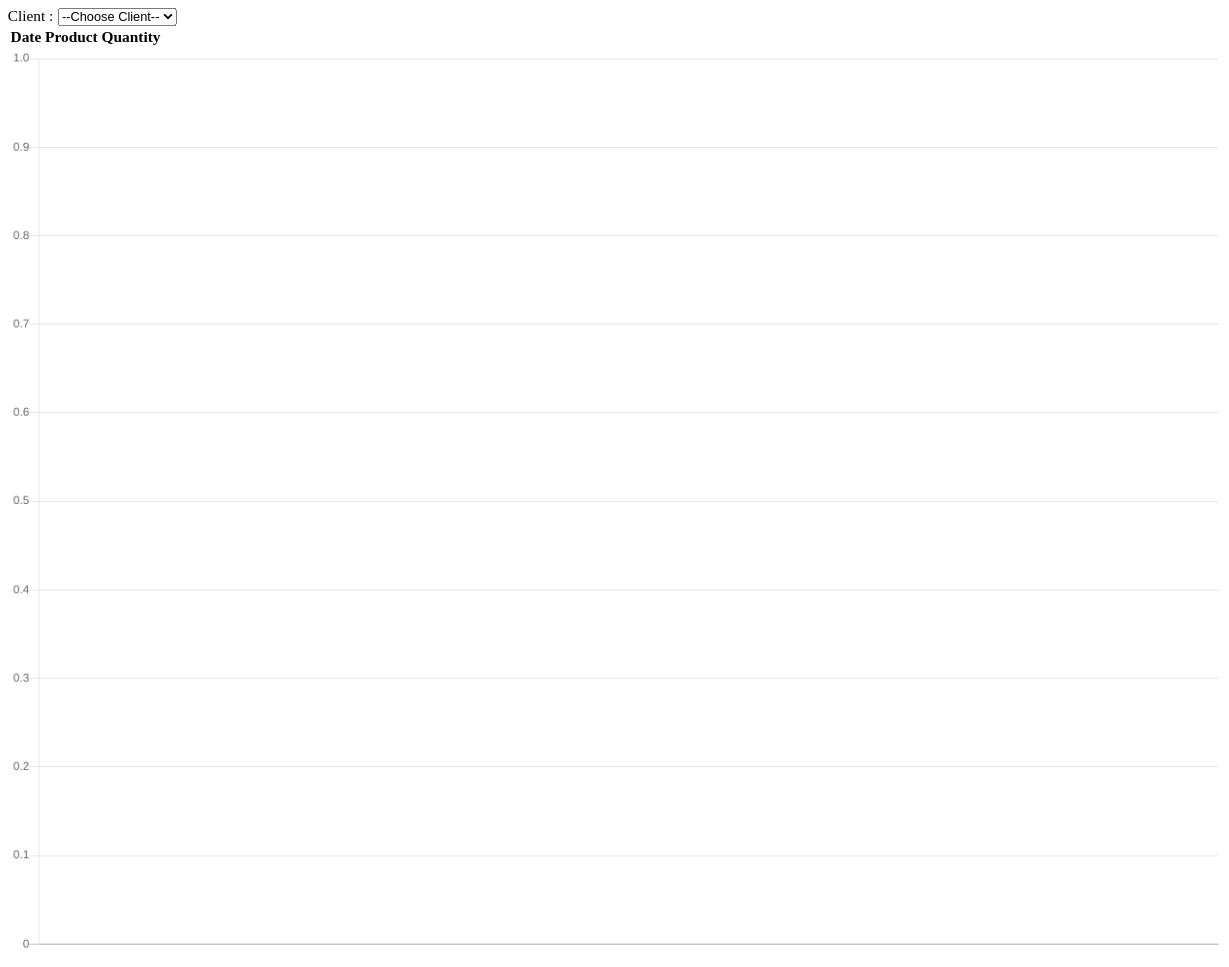
Repository: erjaimin/coding-ground
Page: http://localhost/SalesWebApp/sales.jsp
An editor plug-in stored every save of this project. The page is shown before and after the next save, followed by the edit.
The browser window is 1280 px wide. The pictures show the whole page, at 96% of full size.
Some web libraries are served in a nearby version. The page is served by Tomcat 9. Queries for data that is not in the repository find no rows.

Above is the page before, as saved 2017-11-28 05:10:54.

### SalesWebApp/WebContent/sales.jsp
<!DOCTYPE html>
<%@ page language="java" contentType="text/html; charset=UTF-8"
    pageEncoding="UTF-8"%>
<%@ page import="java.sql.*"%>
<%@ page import="java.util.Map"%>
<%@ page import="java.util.HashMap"%>
<%@ page import="java.util.LinkedHashMap"%>
<%@ taglib prefix="c" uri="http://java.sun.com/jsp/jstl/core" %>
<%! String query1 = "SELECT CUSTOMER.CUSTOMER_ID, CUSTOMER.CUSTOMER_NAME "+
	    "FROM CUSTOMER INNER JOIN SALES_ORDER ON SALES_ORDER.CUSTOMER_ID = CUSTOMER.CUSTOMER_ID "+
	    "GROUP BY CUSTOMER.CUSTOMER_ID, CUSTOMER.CUSTOMER_NAME";
	String query2 = "SELECT SUM(SALES_ORDER_LINE_ITEM.QUANTITY) AS Quantity, "+
	    "BOM.OUTPUT_DESCRIPTION AS Product, SALES_ORDER.BILLING_DATE FROM SALES_ORDER_LINE_ITEM "+
	    "INNER JOIN sales_order ON SALES_ORDER_LINE_ITEM.SALES_ORDER_ID = SALES_ORDER.SALES_ORDER_ID "+
	    "INNER JOIN CUSTOMER ON CUSTOMER.CUSTOMER_ID = SALES_ORDER.CUSTOMER_ID "+
	    "INNER JOIN BOM ON BOM.EFFECTIVE_DATE = SALES_ORDER.DELIVERY_DATE "+
	    "AND BOM.OUTPUT_PRODUCT_ID = SALES_ORDER_LINE_ITEM.PRODUCT_ID "+
	    "WHERE CUSTOMER.CUSTOMER_ID = ? GROUP BY "+
	    "BOM.OUTPUT_DESCRIPTION, SALES_ORDER.BILLING_DATE";
	String query3 ="SELECT SIM_DATE FROM CURRENT_SIM_DATE";
	/* String query3 ="SELECT SIM_DATE.SIM_DATE FROM CURRENT_SIM_DATE "+
	    "INNER JOIN SIM_DATE ON CURRENT_SIM_DATE.CUR_NB_DAYS >= SIM_DATE.NB_DAYS "+
	    "WHERE VDAY <= MAX_DAYS_PER_ROUND"; */
%>
<%
	ResultSet clients = null;
	ResultSet products = null;
	ResultSet dates = null;
	String server = "avenger.hec.ca\\erpsim";
    String database = "ERPSIM";
    String password = "ERPSIM";
	String path = null;
	Map<String, Map<String, Integer>> productDateMap = new HashMap<>();
	Map<String, Integer> dateMap = new LinkedHashMap<>();;
	try{
		/* Class.forName("com.microsoft.sqlserver.jdbc.SQLServerDriver");
        String connectionUrl = "jdbc:sqlserver://"+server+";databaseName="+database+";user=DAIRY1;password="+password+";";
        Connection connection = (Connection) DriverManager.getConnection(connectionUrl); */
        Class.forName("com.mysql.jdbc.Driver");
        String connectionUrl = "jdbc:mysql://localhost:3306/ERPSIM";
        Connection connection = (Connection) DriverManager.getConnection(connectionUrl, "root", "system");
		Statement st = connection.createStatement();
		clients = st.executeQuery(query1);
		String client = request.getParameter("client");
		if(client != "" && client != null && !client.equals("&")){
			Statement st2 = connection.createStatement(ResultSet.TYPE_SCROLL_INSENSITIVE, ResultSet.CONCUR_READ_ONLY);
			products = st2.executeQuery(query2.replace("?", client));
			Statement st3 = connection.createStatement();
			dates =  st3.executeQuery(query3);
			if(dates != null && products != null){
				while(dates.next()){
					dateMap.put(dates.getString(1), 0);
				}
				while(products.next()){
					int quantity = products.getInt(1);
					String product = products.getString(2);
					String date = products.getString(3);
					//System.out.println(product+";"+date+";"+quantity);
					Map<String, Integer> map = null;
					if(productDateMap.get(product) == null){
						productDateMap.put(product, new LinkedHashMap<>(dateMap));
						map = productDateMap.get(product);
						map.put(date, quantity);
					}else{
						map = productDateMap.get(product);
						if(map.get(date) != null)
							map.put(date, map.get(date)+quantity);
					}
					productDateMap.put(product, map);
				}
				products.beforeFirst();
				/* for(Map.Entry<String, Map<String, Integer>> entry : productDateMap.entrySet()){
					System.out.println("Product: "+entry.getKey());
					for(Map.Entry<String, Integer> item : entry.getValue().entrySet()){
						System.out.println(item.getKey()+", "+item.getValue());
				 	}
				}*/
			}
		}
	}catch(Exception e){
		System.out.println("Could not connect to database");
		e.printStackTrace();
	}
%>
<html>
<head>
	<meta http-equiv="Content-Type" content="text/html; charset=UTF-8">
	<title>Sales Statistics</title>
	<script type="text/javascript">
		function init(){
			if(localStorage.getItem('selectedIndex') > 0){
				document.getElementById("customerDropDown").options[localStorage.getItem('selectedIndex')].selected = true;
				document.getElementById('btnTable').style.display = "inline-block";
				document.getElementById('btnGraph').style.display = "inline-block";
			}else{
				document.getElementById('btnTable').style.display = "none";
				document.getElementById('btnGraph').style.display = "none";
			}
				var ctx = document.getElementById('myChart').getContext('2d');
				var options = {
						scales: {
							xAxes: [ { ticks: { autoSkip: false }
								 } ]
							}
					};
				var donnees = {
					    labels: [
					    	<%int noOfDates = dateMap.size();
					    	  int counter1 = 0;
					    	  for(Map.Entry<String, Integer> date : dateMap.entrySet()){%>
					    	  	<%="'"+date.getKey()+"'"%>
					    	  	<%if(counter1 +1 < noOfDates){counter1++;%>
					    	  		,
					    	<%}}%>
					    ],
					    datasets: [
					    	<%int noOfProducts = productDateMap.size();
					    	  int counter2 = 0;
					    	  for(Map.Entry<String, Map<String,Integer>> product : productDateMap.entrySet()){%>
					    	  {
							      label: '<%=product.getKey()%>',
							      data:[
							    	  <% int counter3 = 0;
							    	  for(Map.Entry<String, Integer> date : product.getValue().entrySet()){
							    	  %>
							    	  <%=date.getValue()%>
							    	  <%if(counter3 +1 < noOfDates){counter3++;%>
							    	  ,
							    	  <%}}%>
							      ]}
					    	  	<%if(counter2 +1 < noOfProducts){counter2++;%>
					    	  		,
					    	<%}}%>
					    ]
					  };
				alert(donnees);
				var myChart = new Chart(ctx, {
				  type: 'line',
				  data: donnees,
				  options: options
				});
		}

		function fetchClientDetails(e){
			var selectedValue= e.options[e.selectedIndex].value;
			localStorage.setItem('selectedIndex',e.selectedIndex);
			if(e.selectedIndex > 0){
				window.location.replace("sales.jsp?client=" + selectedValue);
			}else{
				window.location.replace("sales.jsp?client=&");
			}
		}

		function tableView(){
			localStorage.removeItem('view');
		}

		function graphView(){
			alert('graph');
			localStorage.setItem('view','graph');
		}
	</script>
	<script src="https://cdnjs.cloudflare.com/ajax/libs/Chart.js/2.6.0/Chart.min.js"></script>
</head>
<body onload="init();">
	<div class="header">
		Client : <select id="customerDropDown" onchange="fetchClientDetails(this);">
			<option value="&" selected>--Choose Client--</option>
			<%if(clients != null){
	            while(clients.next()){%>
					<option value="<%=clients.getString(1) %>"><%=clients.getString(2) %></option>
			<%}} %>
		</select>
		<input type="button" id="btnTable" value="Table" onclick="tableView();"/>
		<input type="button" id="btnGraph" value="Graph" onclick="graphView();"/>
	</div>
	<div>
		<table>
			<tr>
				<th>Date</th>
				<th>Product</th>
				<th>Quantity</th>
			</tr>
			<%if(products != null){
	            while(products.next()){%>
			<tr>
				<td><%=products.getString(3) %></td>
				<td><%=products.getString(2) %></td>
				<td><%=products.getString(1) %></td>
			</tr>
			<%}}%>
		</table>
	</div>
	<div>
		<canvas id="myChart" width='800' height='600'></canvas>
	</div>
</body>
</html>

After the next save:
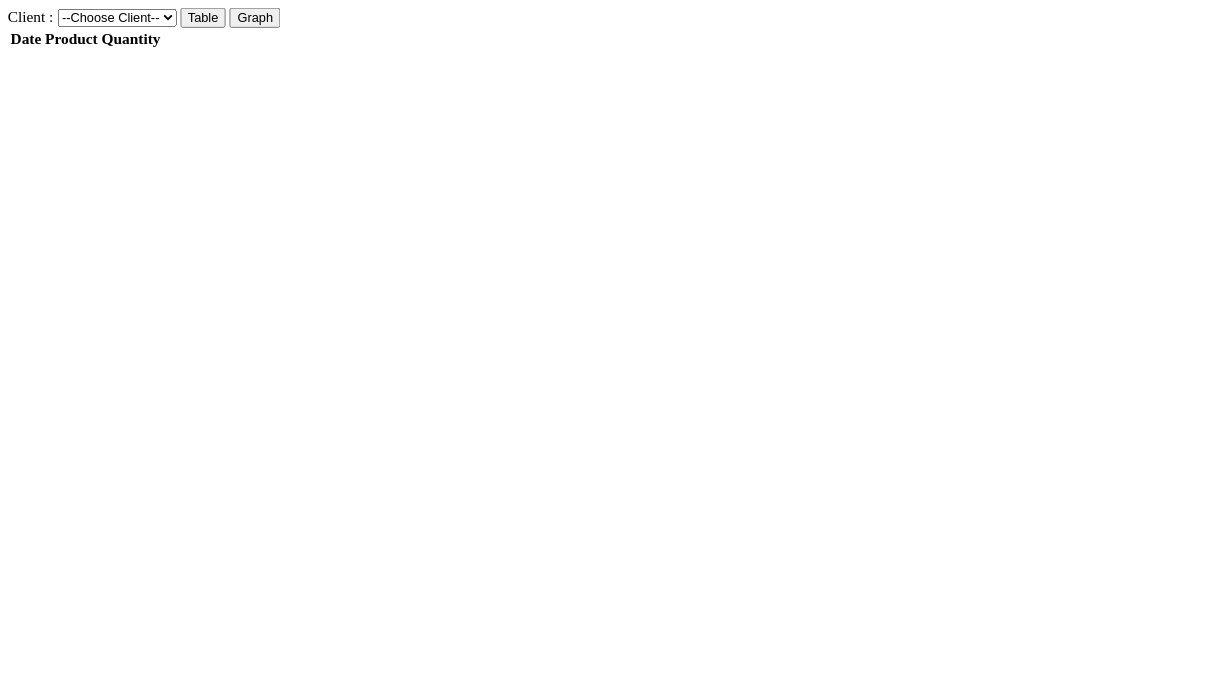
Console error: TypeError: Cannot read properties of null (reading 'style')
Saved 2 min 13 s later.
--- a/SalesWebApp/WebContent/sales.jsp
+++ b/SalesWebApp/WebContent/sales.jsp
@@ -87,7 +87,6 @@
 	<meta http-equiv="Content-Type" content="text/html; charset=UTF-8">
 	<title>Sales Statistics</title>
 	<script type="text/javascript">
-		function init(){
 			if(localStorage.getItem('selectedIndex') > 0){
 				document.getElementById("customerDropDown").options[localStorage.getItem('selectedIndex')].selected = true;
 				document.getElementById('btnTable').style.display = "inline-block";
@@ -139,7 +138,6 @@
 				  data: donnees,
 				  options: options
 				});
-		}
 
 		function fetchClientDetails(e){
 			var selectedValue= e.options[e.selectedIndex].value;
